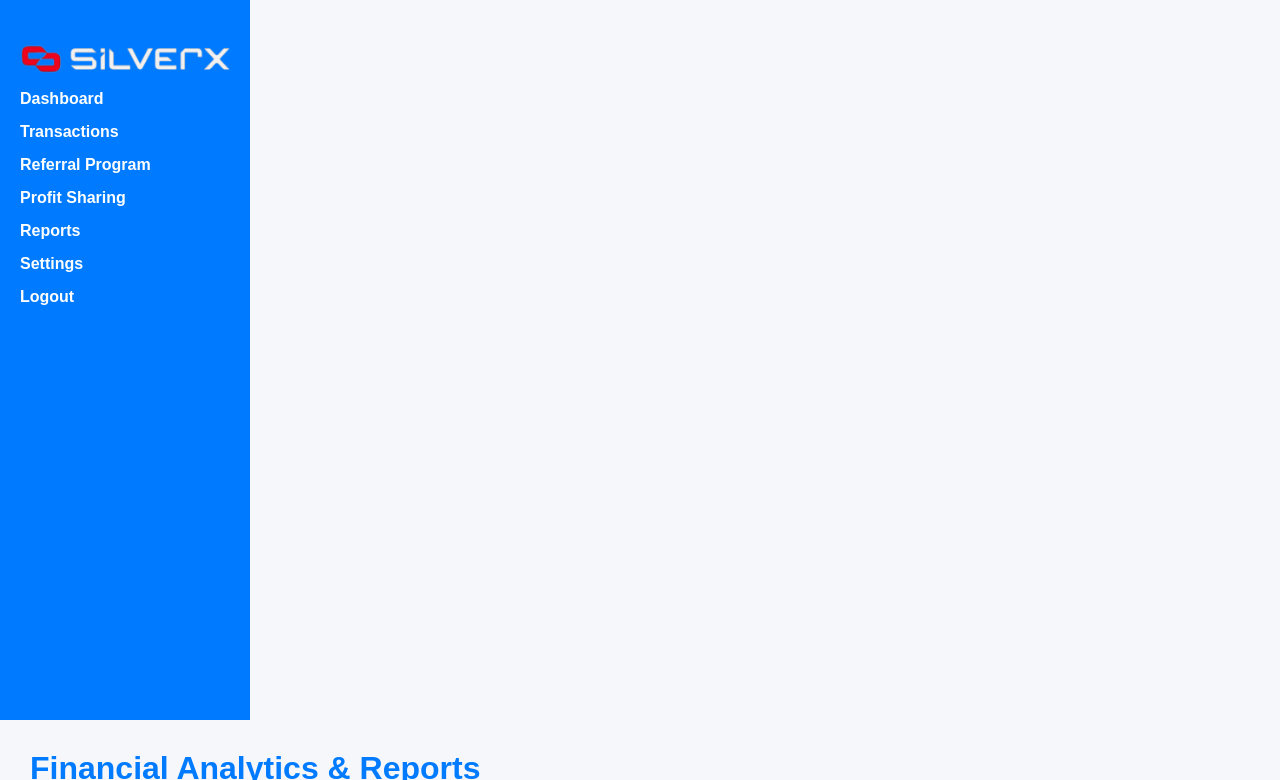
Repository: 2025silverx/slivedrX
Page: index6.html
The author's editor kept a copy of each file at every save. The page is drawn from the files as they stood at one save, then again after the next save.
The browser window is 1280 px wide. The pictures show the whole page.

Above is the page before, as saved 2025-01-05 02:49:20.

After the next save:
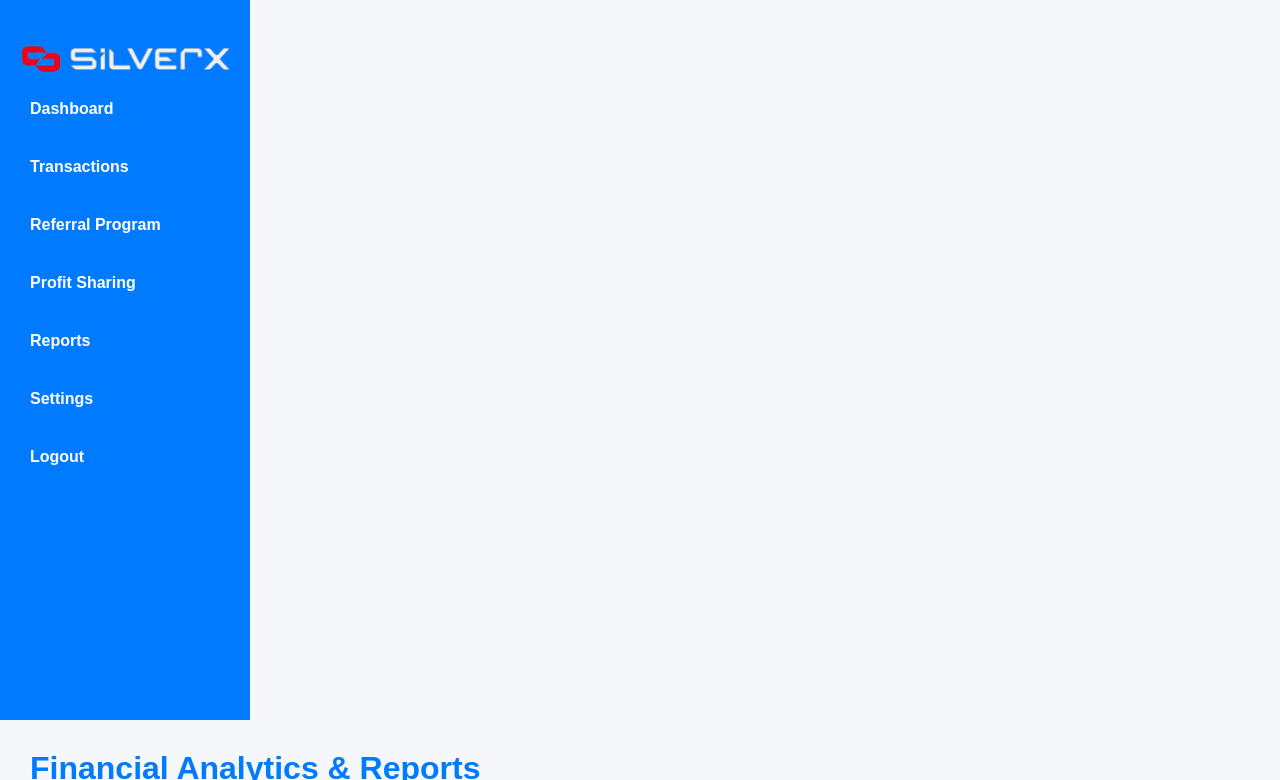
Saved 95 s later.
--- a/style6.css
+++ b/style6.css
@@ -34,6 +34,7 @@ body {
     border-radius: 5px;
 }
 
+/* Sidebar styles */
 .sidebar {
     width: 250px;
     background-color: #007bff;
@@ -60,17 +61,25 @@ body {
 }
 
 .sidebar-links li {
-    margin-bottom: 15px;
+    margin-bottom: 20px; /* Increased margin for better spacing */
 }
 
 .sidebar-links a {
     text-decoration: none;
     color: white;
     font-weight: bold;
+    display: block;
+    padding: 10px;
+    font-size: 16px;
+    transition: color 0.3s ease;
 }
 
 .sidebar-links a:hover {
-    color: #f0f0f0;
+    color: #f0f0f0; /* Light gray on hover */
+}
+
+.sidebar-links a:active {
+    color: #ff6347; /* Red color on click */
 }
 
 /* Main content area */
